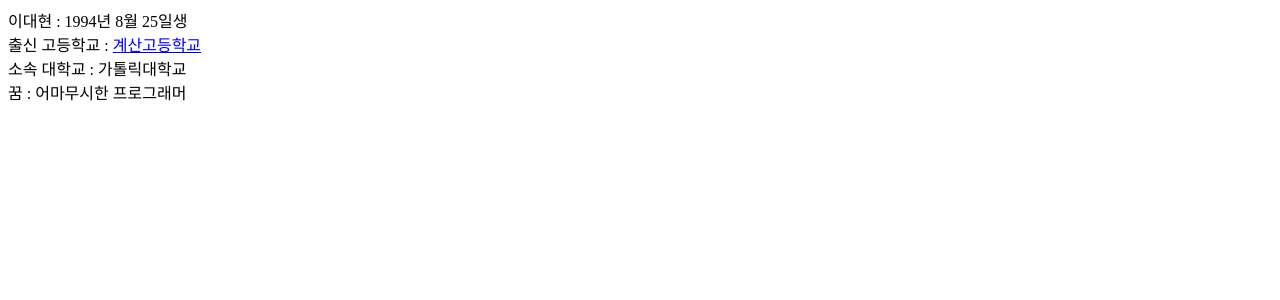
Repository: daelong/JavaStudy
Page: http://localhost/webproject/MyProperty.jsp
The author's editor kept a copy of each file at every save. The page is drawn from the files as they stood at one save, then again after the next save.
The browser window is 1280 px wide. The pictures show the whole page.
The page is served by Tomcat 9.

Above is the page before, as saved 2019-04-02 08:24:21.

After the next save:
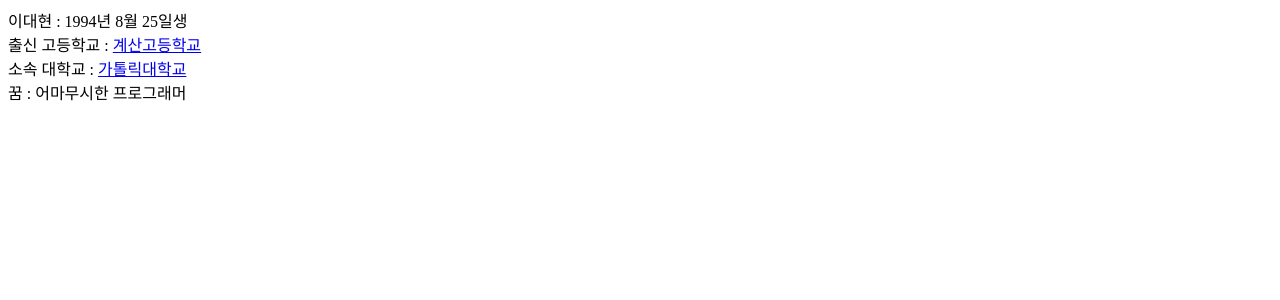
Saved 2 min 10 s later.
--- a/webproject/WebContent/MyProperty.jsp
+++ b/webproject/WebContent/MyProperty.jsp
@@ -8,7 +8,7 @@
 <body>
 이대현 : 1994년 8월 25일생<br>
 출신 고등학교 : <a href="http://gyesan.icehs.kr/main.do">계산고등학교</a><br>
-소속 대학교 : 가톨릭대학교<br>
+소속 대학교 : <a href="https://www.catholic.ac.kr/index.do">가톨릭대학교</a><br>
 꿈 : 어마무시한 프로그래머<br>
 </body>
 </html>
